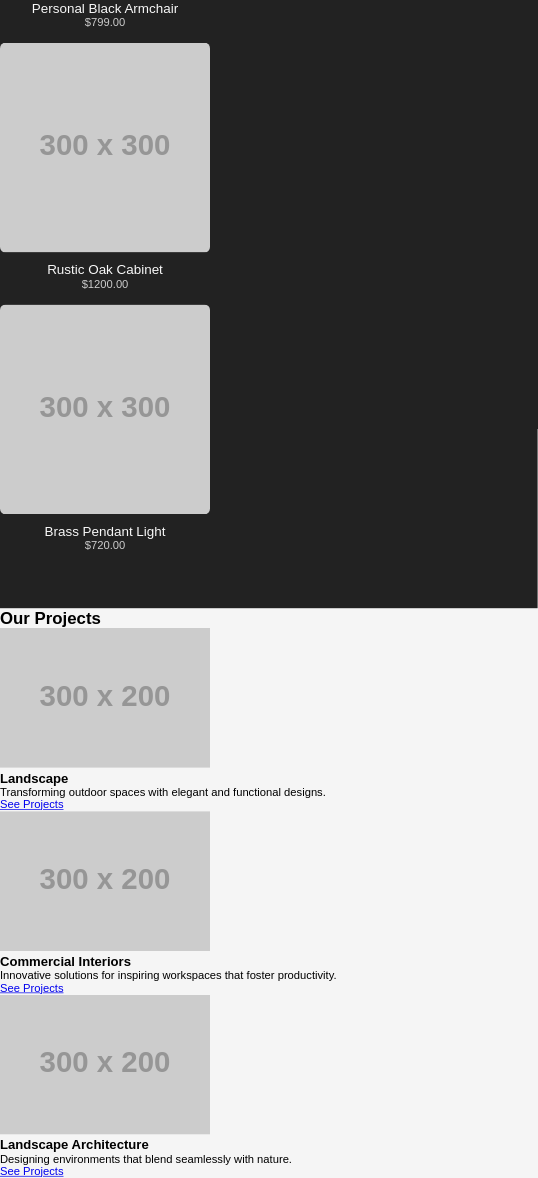
Repository: Patience225/home-decor-studio
Page: index.html
An editor plug-in stored every save of this project. The page is shown before and after a run of saves, followed by the edit.
The browser window is 768 px wide. The pictures show the part of the page from y = 3017 to 5257 px (the page is 4700 px tall before and 5257 px after), at 70% of full size.

Above is the page before, as saved 2025-01-29 04:34:28.

### index.html
<!DOCTYPE html>
<html lang="en">
<head>
  <meta charset="UTF-8">
  <meta name="viewport" content="width=device-width, initial-scale=1.0">
  <title>HomeArt Studio</title>
  <link rel="stylesheet" href="styles.css">
</head>
<body>
  <header>
    <nav class="navbar">
      <div class="logo">HomeArt Studio</div>
      <ul class="nav-links">
        <li><a href="#">Home</a></li>
        <li><a href="#">About</a></li>
        <li><a href="#">Services</a></li>
        <li><a href="#">Collections</a></li>
        <li><a href="#">Projects</a></li>
        <li><a href="#">Contact</a></li>
      </ul>
      <div class="hamburger">
        <span></span>
        <span></span>
        <span></span>
      </div>
    </nav>
  </header>
  <section class="hero">
    <div class="hero-content">
      <h1>Designs That Breathe Life into Your Home</h1>
      <img src="https://via.placeholder.com/1200x600" alt="Living room design" class="hero-image">
      <div class="hero-stats">
        <div class="stat-item">
          <h2>100%</h2>
          <p>Satisfaction Guarantee</p>
        </div>
        <div class="stat-item">
          <h2>250</h2>
          <p>Projects Completed</p>
        </div>
        <div class="stat-item">
          <h2>3469</h2>
          <p>Happy Clients</p>
        </div>
      </div>
    </div>
  </section>
  <section class="introduction">
    <div class="intro-container">
      <div class="intro-text">
        <h2>Bringing Vision and Expertise to Every Project</h2>
        <p>
          With years of experience and a commitment to excellence, we transform
          spaces into inspiring works of art. Whether you're looking to refresh a room
          or design a completely new living space, we provide personalized solutions
          tailored to your taste and lifestyle.
        </p>
      </div>
      <div class="intro-images">
        <img src="https://via.placeholder.com/400x300" alt="Interior design 1">
        <img src="https://via.placeholder.com/400x300" alt="Interior design 2">
      </div>
    </div>
  </section>
  <section class="call-to-action">
    <div class="cta-container">
      <h2>For Everything Your Home Deserves, Reach Out to Us</h2>
      <div class="cta-images">
        <div class="image-card">
          <img src="https://via.placeholder.com/300x300" alt="Armchair">
          <p class="product-name">Personal Black Armchair</p>
          <p class="product-price">$799.00</p>
        </div>
        <div class="image-card">
          <img src="https://via.placeholder.com/300x300" alt="Cabinet">
          <p class="product-name">Rustic Oak Cabinet</p>
          <p class="product-price">$1200.00</p>
        </div>
        <div class="image-card">
          <img src="https://via.placeholder.com/300x300" alt="Pendant Light">
          <p class="product-name">Brass Pendant Light</p>
          <p class="product-price">$720.00</p>
        </div>
      </div>
    </div>
  </section>
  <section class="projects">
    <h2>Our Projects</h2>
    <div class="project-cards">
      <div class="project-card">
        <img src="https://via.placeholder.com/300x200" alt="Landscape Project">
        <h3>Landscape</h3>
        <p>Transforming outdoor spaces with elegant and functional designs.</p>
        <a href="#" class="project-link">See Projects</a>
      </div>
      <div class="project-card">
        <img src="https://via.placeholder.com/300x200" alt="Commercial Interiors">
        <h3>Commercial Interiors</h3>
        <p>Innovative solutions for inspiring workspaces that foster productivity.</p>
        <a href="#" class="project-link">See Projects</a>
      </div>
      <div class="project-card">
        <img src="https://via.placeholder.com/300x200" alt="Architecture">
        <h3>Landscape Architecture</h3>
        <p>Designing environments that blend seamlessly with nature.</p>
        <a href="#" class="project-link">See Projects</a>
      </div>
    </div>
  </section>

  <script src="script.js"></script>
</body>
</html>

### styles.css
* {
  margin: 0;
  padding: 0;
  box-sizing: border-box;
}

body {
  font-family: 'Arial', sans-serif;
  background-color: #f5f5f5;
}

header {
  width: 100%;
  background-color: white;
  padding: 15px 30px;
  box-shadow: 0 2px 5px rgba(0, 0, 0, 0.1);
  position: fixed;
  top: 0;
  z-index: 10;
}

.navbar {
  display: flex;
  justify-content: space-between;
  align-items: center;
  max-width: 1200px;
  margin: auto;
}

.logo {
  font-size: 1.5rem;
  font-weight: bold;
  color: #333;
}

.nav-links {
  display: flex;
  list-style: none;
}

.nav-links li {
  margin-left: 25px;
}

.nav-links a {
  text-decoration: none;
  color: #333;
  font-size: 1rem;
  transition: color 0.3s ease;
}

.nav-links a:hover {
  color: #0078ff;
}

.hamburger {
  display: none;
  flex-direction: column;
  cursor: pointer;
}

.hamburger span {
  height: 3px;
  width: 25px;
  background: #333;
  margin: 4px 0;
}

@media (max-width: 768px) {
  .nav-links {
    display: none;
    flex-direction: column;
    position: absolute;
    top: 60px;
    right: 0;
    background-color: white;
    width: 100%;
    text-align: right;
  }

  .nav-links.active {
    display: flex;
  }

  .hamburger {
    display: flex;
  }
}

.hero {
  width: 100%;
  background-color: #f9f9f9;
  padding: 80px 0;
  text-align: center;
}

.hero-content h1 {
  font-size: 3rem;
  font-family: 'Georgia', serif;
  color: #333;
  margin-bottom: 20px;
}

.hero-image {
  width: 100%;
  max-width: 1200px;
  height: auto;
  border-radius: 8px;
  margin: 30px 0;
}

.hero-stats {
  display: flex;
  justify-content: space-evenly;
  max-width: 1000px;
  margin: auto;
  padding: 20px 0;
}

.stat-item {
  text-align: center;
}

.stat-item h2 {
  font-size: 2.5rem;
  font-weight: bold;
  color: #0078ff;
}

.stat-item p {
  font-size: 1rem;
  color: #555;
}

@media (max-width: 768px) {
  .hero-content h1 {
    font-size: 2rem;
  }

  .hero-stats {
    flex-direction: column;
    gap: 20px;
  }
}

.introduction {
  background-color: #ffffff;
  padding: 80px 0;
  text-align: left;
}

.intro-container {
  display: flex;
  justify-content: space-between;
  align-items: center;
  max-width: 1200px;
  margin: auto;
}

.intro-text {
  width: 50%;
  padding-right: 20px;
}

.intro-text h2 {
  font-size: 2.5rem;
  font-family: 'Georgia', serif;
  color: #333;
  margin-bottom: 15px;
}

.intro-text p {
  font-size: 1rem;
  line-height: 1.6;
  color: #555;
}

.intro-images {
  display: flex;
  flex-direction: column;
  gap: 20px;
  width: 40%;
}

.intro-images img {
  width: 100%;
  border-radius: 8px;
  object-fit: cover;
}

@media (max-width: 768px) {
  .intro-container {
    flex-direction: column;
    text-align: center;
  }

  .intro-text,
  .intro-images {
    width: 100%;
  }

  .intro-text {
    padding-right: 0;
  }
}

.call-to-action {
  background-color: #222;
  padding: 80px 0;
  text-align: center;
  color: #fff;
}

.cta-container h2 {
  font-size: 2.5rem;
  font-family: 'Georgia', serif;
  color: #ffffff;
  margin-bottom: 40px;
}

.cta-images {
  display: flex;
  justify-content: center;
  gap: 40px;
}

.image-card {
  text-align: center;
  max-width: 300px;
}

.image-card img {
  width: 100%;
  border-radius: 8px;
  object-fit: cover;
}

.product-name {
  font-size: 1.2rem;
  color: #f9f9f9;
  margin-top: 10px;
}

.product-price {
  font-size: 1rem;
  color: #cccccc;
}

@media (max-width: 768px) {
  .cta-images {
    flex-direction: column;
    gap: 20px;
  }
}

### script.js
const hamburger = document.querySelector('.hamburger');
const navLinks = document.querySelector('.nav-links');

hamburger.addEventListener('click', () => {
  navLinks.classList.toggle('active');
});

After the next 2 saves:
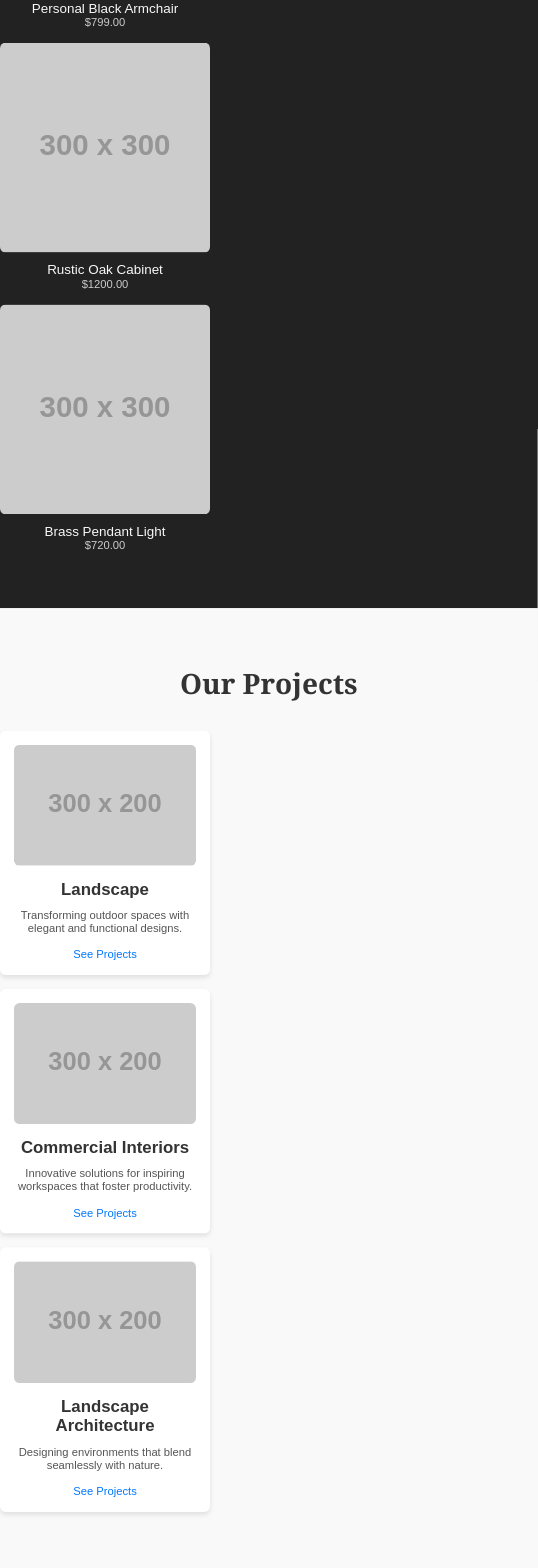
The 2 saves are shown as one change because they came seconds apart.
The last was saved 20 s later.
--- a/styles.css
+++ b/styles.css
@@ -252,3 +252,72 @@ header {
     gap: 20px;
   }
 }
+
+.projects {
+  background-color: #f9f9f9;
+  padding: 80px 0;
+  text-align: center;
+}
+
+.projects h2 {
+  font-size: 2.5rem;
+  font-family: 'Georgia', serif;
+  color: #333;
+  margin-bottom: 40px;
+}
+
+.project-cards {
+  display: flex;
+  justify-content: center;
+  gap: 40px;
+  max-width: 1200px;
+  margin: auto;
+}
+
+.project-card {
+  background-color: #ffffff;
+  border-radius: 8px;
+  text-align: center;
+  max-width: 300px;
+  padding: 20px;
+  box-shadow: 0 4px 8px rgba(0, 0, 0, 0.1);
+}
+
+.project-card img {
+  width: 100%;
+  border-radius: 8px;
+  transition: transform 0.3s ease;
+}
+
+.project-card img:hover {
+  transform: scale(1.05);
+}
+
+.project-card h3 {
+  font-size: 1.5rem;
+  color: #333;
+  margin: 15px 0;
+}
+
+.project-card p {
+  font-size: 1rem;
+  color: #555;
+  margin-bottom: 20px;
+}
+
+.project-link {
+  font-size: 1rem;
+  color: #0078ff;
+  text-decoration: none;
+}
+
+.project-link:hover {
+  text-decoration: underline;
+}
+
+@media (max-width: 768px) {
+  .project-cards {
+    flex-direction: column;
+    gap: 20px;
+  }
+}
